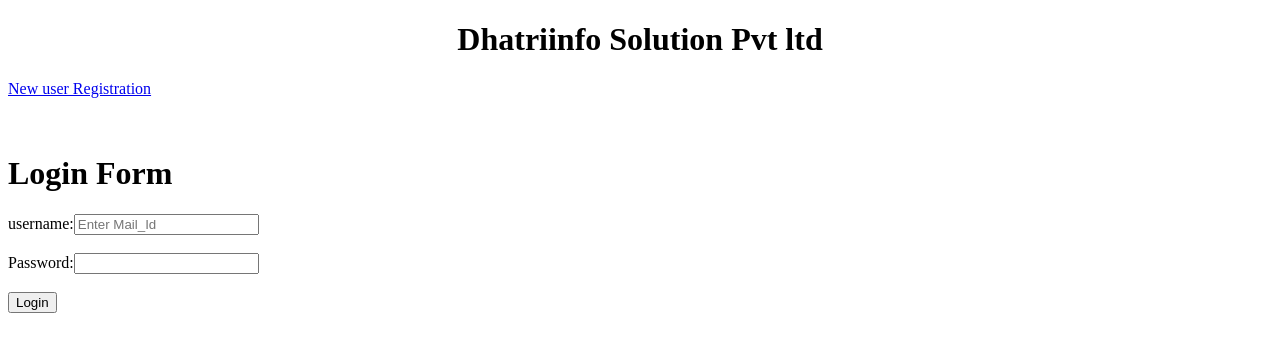
Repository: AbubakarShaik/Java_J2EE_Project
Page: http://localhost/com.testprojectServlet/login.jsp
An editor plug-in stored every save of this project. The page is shown before and after the next save, followed by the edit.
The browser window is 1280 px wide. The pictures show the whole page.
The page is served by Tomcat 9.

Above is the page before, as saved 2016-12-22 09:11:03.

After the next save:
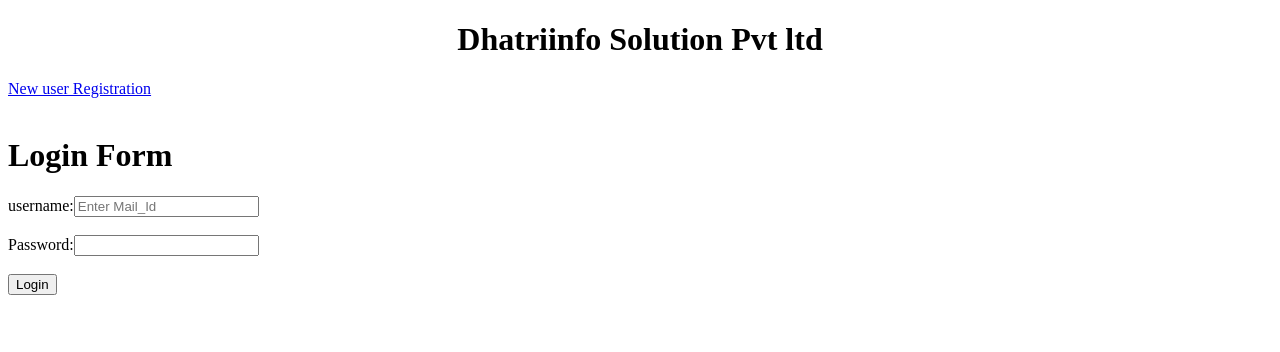
Saved 2 min 33 s later.
--- a/com.testprojectServlet/WebContent/login.jsp
+++ b/com.testprojectServlet/WebContent/login.jsp
@@ -6,10 +6,11 @@
 <meta http-equiv="Content-Type" content="text/html; charset=ISO-8859-1">
 <title>login</title>
 </head>
+<form action="Emplogin" method="post" >
 <center>
 <h1>Dhatriinfo Solution Pvt ltd </h1>
 </center>
-<a href="Registration.jsp"> New user Registration</a><br>
+<a href="Registration.jsp"> New user Registration</a>
 <br>
 </br>
 <h1>Login Form</h1>
@@ -25,7 +26,7 @@
 </br>
 <td> <input type="Submit" value="Login"> </td>
 
-
+</form>
 </div>
 </body>
 </html>
